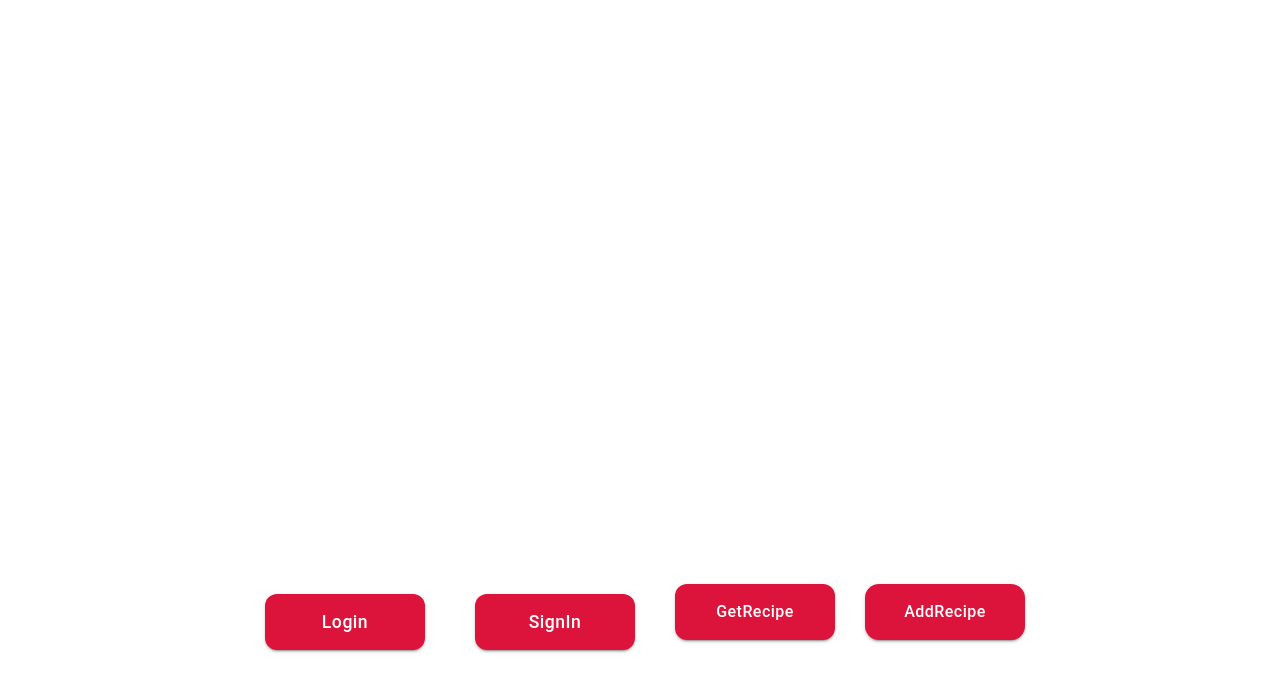
Repository: saraAber/Recipes_ReactProject
Page: /
The author's editor kept a copy of each file at every save. The page is drawn from the files as they stood at one save, then again after a run of saves.
The browser window is 1280 px wide. The pictures show the whole page.
The project was rebuilt for these pictures with package versions that can differ from the ones it lists, and the page was loaded fresh each time. Also part of the build but not shown: vite.config.ts, src/components/Login.tsx, src/components/SignIn.tsx, src/components/userContext.tsx, src/components/GetRecipes.tsx, src/components/CategoriesContext.tsx, src/components/addRecipe.tsx, src/components/EditRecipe.tsx.

Above is the page before, as saved 2025-05-06 01:19:45.

After the next 2 saves:
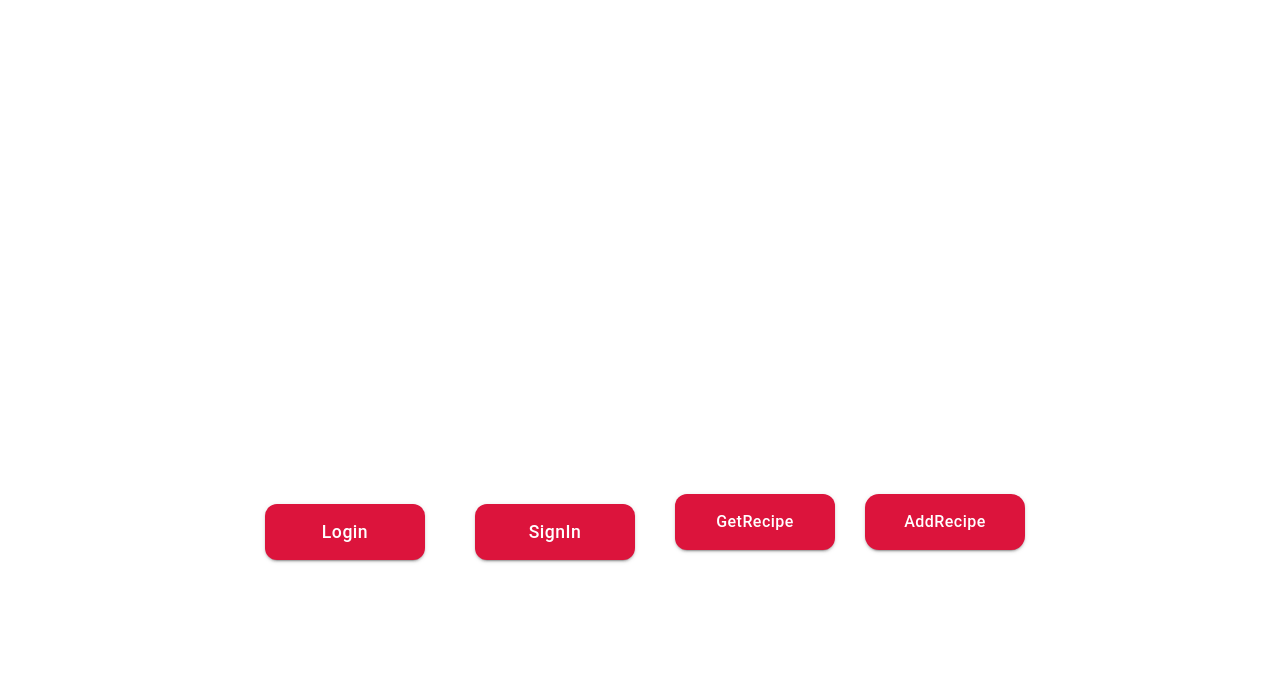
The 2 saves are shown as one change because they came seconds apart.
The last was saved 6 s later.
--- a/src/components/HomePage.tsx
+++ b/src/components/HomePage.tsx
@@ -20,7 +20,7 @@ function HomePage() {
         justifyContent: 'center',
         alignItems: 'flex-end',
         height: '100vh',
-        paddingBottom: '60px',
+        paddingBottom: '150px',
         // marginTop: '150px',
       }}
     >
